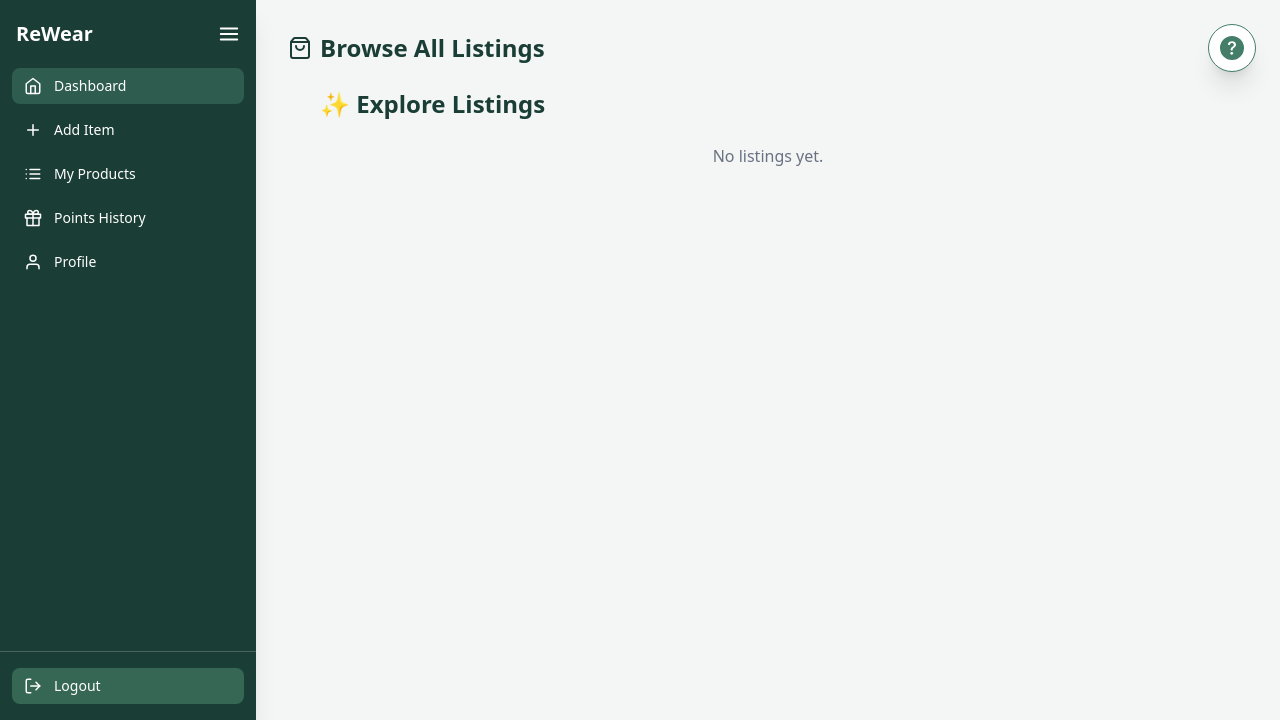
Repository: Swastikkkkk/vv
Page: /user (app in OneDrive/Desktop/Yuzichahal/frontend/)
An editor plug-in stored every save of this project. The page is shown before and after a run of saves, followed by the edit.
The browser window is 1280 px wide. The pictures show the whole page.
The page's requests for data from a server got no answer. The project was rebuilt for these pictures with package versions that can differ from the ones it lists, and the page was loaded fresh each time. No one was signed in, and anything a server would have sent is missing. Also part of the build but not shown: OneDrive/Desktop/Yuzichahal/frontend/vite.config.js, OneDrive/Desktop/Yuzichahal/frontend/src/components/Navbar.jsx, OneDrive/Desktop/Yuzichahal/frontend/src/components/Herosection.jsx, OneDrive/Desktop/Yuzichahal/frontend/src/components/CategoriesSection.jsx, OneDrive/Desktop/Yuzichahal/frontend/src/components/Footer.jsx, OneDrive/Desktop/Yuzichahal/frontend/src/components/LandingPage.jsx, OneDrive/Desktop/Yuzichahal/frontend/src/components/Particles.css, OneDrive/Desktop/Yuzichahal/frontend/src/components/Signup.jsx and 9 more.

Above is the page before, as saved 2025-07-12 14:08:36.

After the next 2 saves:
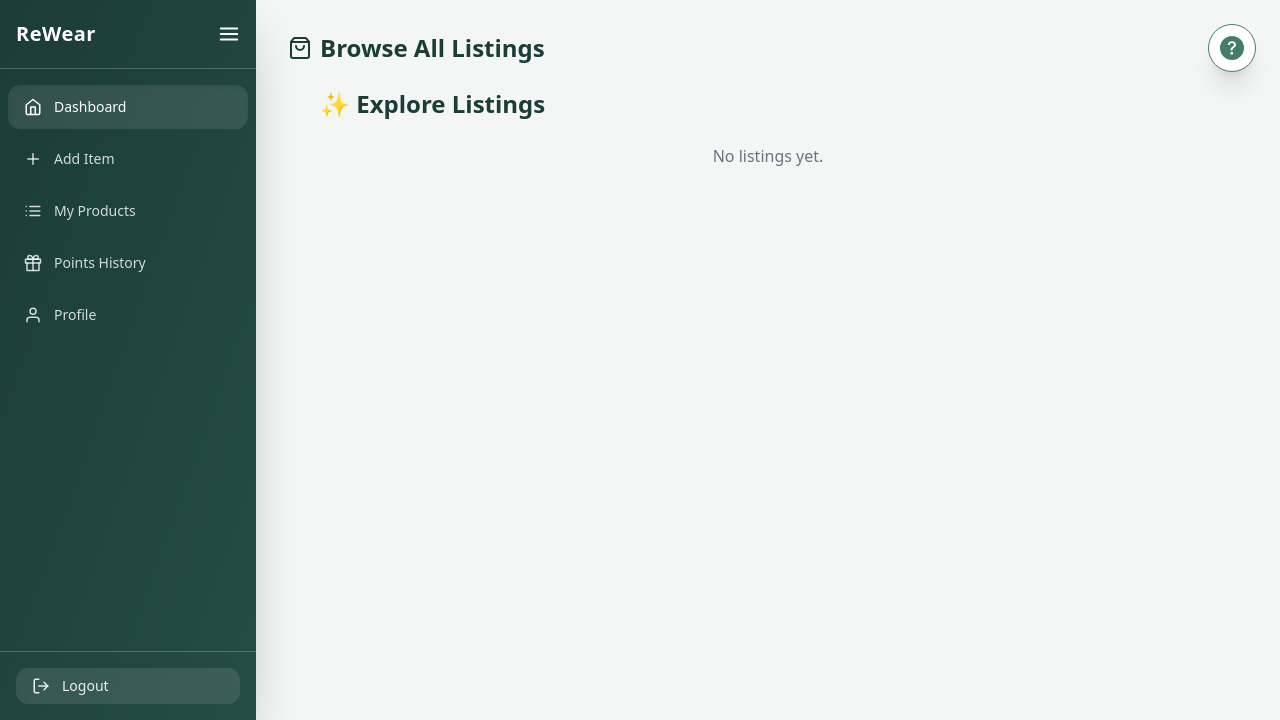
The 2 saves are shown as one change because they came seconds apart.
The last was saved 19 s later.
--- a/OneDrive/Desktop/Yuzichahal/frontend/src/components/user/Sidebar.jsx
+++ b/OneDrive/Desktop/Yuzichahal/frontend/src/components/user/Sidebar.jsx
@@ -1,3 +1,86 @@
+// import React, { useState } from 'react';
+// import { NavLink, useNavigate } from 'react-router-dom';
+// import {
+//   FiMenu,
+//   FiLogOut,
+//   FiPlus,
+//   FiUser,
+//   FiHome,
+//   FiList,
+//   FiGift
+// } from 'react-icons/fi';
+
+// const Sidebar = () => {
+//   const navigate = useNavigate();
+//   const [collapsed, setCollapsed] = useState(false);
+
+//   const navItems = [
+//     { label: 'Dashboard', path: '/user', icon: <FiHome /> },
+//     { label: 'Add Item', path: '/user/add', icon: <FiPlus /> },
+//     { label: 'My Products', path: '/user/my-products', icon: <FiList /> },
+//     { label: 'Points History', path: '/user/points', icon: <FiGift /> },
+//     { label: 'Profile', path: '/user/profile', icon: <FiUser /> }
+//   ];
+
+//   const handleLogout = () => {
+//     // TODO: Add Firebase logout
+//     navigate('/');
+//   };
+
+
+//   return (
+//     <div
+//       className={`h-screen bg-[#1a3d35] text-white shadow-xl flex flex-col justify-between transition-all duration-300 ease-in-out ${
+//         collapsed ? 'w-20' : 'w-64'
+//       }`}
+//     >
+//       {/* Top Section */}
+//       <div>
+//         {/* Logo & Collapse Toggle */}
+//         <div className="flex items-center justify-between px-4 py-5">
+//           {!collapsed && <h2 className="text-xl font-bold">ReWear</h2>}
+//           <button
+//             onClick={() => setCollapsed(!collapsed)}
+//             className="text-white focus:outline-none transition-transform duration-200"
+//           >
+//             <FiMenu size={22} className="hover:scale-110" />
+//           </button>
+//         </div>
+
+//         {/* Navigation Links */}
+//         <nav className="px-3 space-y-2">
+//           {navItems.map((item) => (
+//             <NavLink
+//               key={item.path}
+//               to={item.path}
+//               className={({ isActive }) =>
+//                 `flex items-center gap-3 px-3 py-2 rounded-lg text-sm font-medium transition-all duration-200 ${
+//                   isActive ? 'bg-[#2e5c4f]' : 'hover:bg-[#2e5c4f]/70'
+//                 }`
+//               }
+//             >
+//               <span className="text-lg">{item.icon}</span>
+//               {!collapsed && <span>{item.label}</span>}
+//             </NavLink>
+//           ))}
+//         </nav>
+//       </div>
+
+//       {/* Logout Section */}
+//       <div className="px-3 py-4 border-t border-white/20">
+//         <button
+//           onClick={handleLogout}
+//           className="w-full flex items-center gap-3 py-2 px-3 text-sm font-medium rounded-lg bg-[#366755] hover:bg-[#2f5c4d] transition"
+//         >
+//           <FiLogOut className="text-lg" />
+//           {!collapsed && <span>Logout</span>}
+//         </button>
+//       </div>
+//     </div>
+//   );
+// };
+
+// export default Sidebar;
 import React, { useState } from 'react';
 import { NavLink, useNavigate } from 'react-router-dom';
 import {
@@ -7,7 +90,7 @@ import {
   FiUser,
   FiHome,
   FiList,
-  FiGift
+  FiGift,
 } from 'react-icons/fi';
 
 const Sidebar = () => {
@@ -19,7 +102,7 @@ const Sidebar = () => {
     { label: 'Add Item', path: '/user/add', icon: <FiPlus /> },
     { label: 'My Products', path: '/user/my-products', icon: <FiList /> },
     { label: 'Points History', path: '/user/points', icon: <FiGift /> },
-    { label: 'Profile', path: '/user/profile', icon: <FiUser /> }
+    { label: 'Profile', path: '/user/profile', icon: <FiUser /> },
   ];
 
   const handleLogout = () => {
@@ -27,53 +110,56 @@ const Sidebar = () => {
     navigate('/');
   };
 
-
   return (
     <div
-      className={`h-screen bg-[#1a3d35] text-white shadow-xl flex flex-col justify-between transition-all duration-300 ease-in-out ${
-        collapsed ? 'w-20' : 'w-64'
-      }`}
+      className={`h-screen bg-gradient-to-br from-[#1a3d35] to-[#254d45] text-white shadow-2xl flex flex-col justify-between transition-all duration-500 ease-in-out
+        ${collapsed ? 'w-[72px]' : 'w-64'}
+      `}
     >
       {/* Top Section */}
-      <div>
-        {/* Logo & Collapse Toggle */}
-        <div className="flex items-center justify-between px-4 py-5">
-          {!collapsed && <h2 className="text-xl font-bold">ReWear</h2>}
+      <div className="space-y-4">
+        {/* Logo & Collapse Button */}
+        <div className="flex items-center justify-between px-4 py-5 border-b border-white/20">
+          {!collapsed && <h2 className="text-xl font-bold tracking-wide">ReWear</h2>}
           <button
             onClick={() => setCollapsed(!collapsed)}
-            className="text-white focus:outline-none transition-transform duration-200"
+            className="text-white transition-transform duration-300 hover:scale-110"
           >
-            <FiMenu size={22} className="hover:scale-110" />
+            <FiMenu size={22} />
           </button>
         </div>
 
-        {/* Navigation Links */}
-        <nav className="px-3 space-y-2">
+        {/* Navigation */}
+        <nav className="px-2 flex flex-col gap-2">
           {navItems.map((item) => (
             <NavLink
               key={item.path}
               to={item.path}
               className={({ isActive }) =>
-                `flex items-center gap-3 px-3 py-2 rounded-lg text-sm font-medium transition-all duration-200 ${
-                  isActive ? 'bg-[#2e5c4f]' : 'hover:bg-[#2e5c4f]/70'
+                `group flex items-center gap-3 px-4 py-3 rounded-xl text-sm font-medium transition-all duration-200 ${
+                  isActive
+                    ? 'bg-white/10 text-white shadow-inner'
+                    : 'hover:bg-white/10 text-white/80'
                 }`
               }
             >
-              <span className="text-lg">{item.icon}</span>
-              {!collapsed && <span>{item.label}</span>}
+              <span className="text-lg group-hover:scale-110 transition-transform">
+                {item.icon}
+              </span>
+              {!collapsed && <span className="transition-opacity duration-300">{item.label}</span>}
             </NavLink>
           ))}
         </nav>
       </div>
 
-      {/* Logout Section */}
-      <div className="px-3 py-4 border-t border-white/20">
+      {/* Logout */}
+      <div className="px-4 py-4 border-t border-white/20">
         <button
           onClick={handleLogout}
-          className="w-full flex items-center gap-3 py-2 px-3 text-sm font-medium rounded-lg bg-[#366755] hover:bg-[#2f5c4d] transition"
+          className="w-full flex items-center gap-3 px-4 py-2 rounded-xl bg-white/10 text-white/90 hover:bg-white/20 transition-all duration-200"
         >
           <FiLogOut className="text-lg" />
-          {!collapsed && <span>Logout</span>}
+          {!collapsed && <span className="text-sm">Logout</span>}
         </button>
       </div>
     </div>
